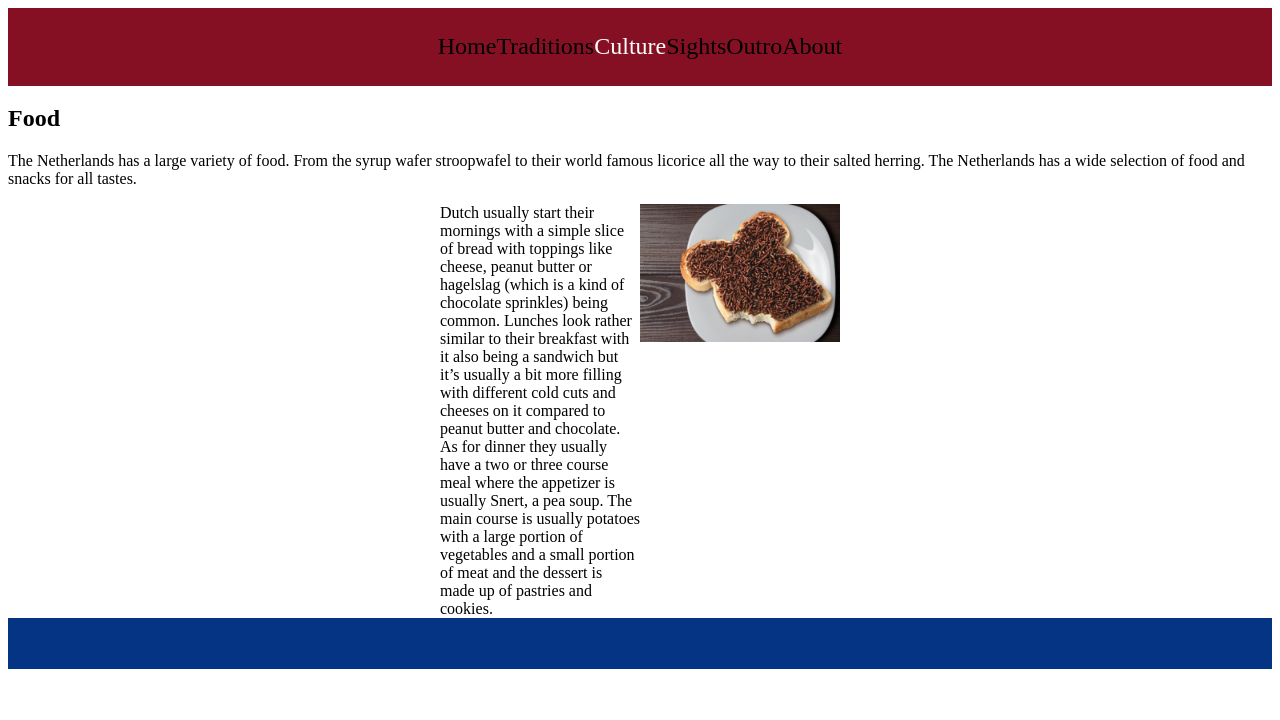
Repository: Cornman63/The-netherlands
Page: culture2.html
An editor plug-in stored every save of this project. The page is shown before and after the next save, followed by the edit.
The browser window is 1280 px wide. The pictures show the whole page.

Above is the page before, as saved 2023-05-26 11:20:27.

### culture2.html
<!DOCTYPE html>
<html lang="en">
<head>
    <meta charset="UTF-8">
    <meta http-equiv="X-UA-Compatible" content="IE=edge">
    <meta name="viewport" content="width=device-width, initial-scale=1.0">
    <title>Culture</title>
    <link rel="stylesheet" href="./style2.css">
</head>
<body>
    <div class="top">
        <div class="site"><a href="index.html" class="link">Home</a></div>
        <div class="site"><a href="traditions.html" class="link">Traditions</a></div>
        <div class="site"><a href="culture2.html" style="color: white" class="link">Culture</a></div>
        <div class="site"><a href="sights.html" class="link">Sights</a></div>
        <div class="site"><a href="outro.html" class="link">Outro</a></div>
        <div class="site"><a href="about.html" class="link">About</a></div>
    </div>
    <div class="foodstart">
        <h2>
            Food
        </h2>
        <p>
            The Netherlands has a large variety of food. From the syrup wafer stroopwafel to their world famous licorice all the way to their salted herring. The Netherlands has a wide selection of food and snacks for all tastes.
        </p>
    </div>
    <div class="foodmain">
        <div class="food1">
            Dutch usually start their mornings with a simple slice of bread with toppings like cheese, peanut butter or hagelslag (which is a kind of chocolate sprinkles) being common. Lunches look rather similar to their breakfast with it also being a sandwich but it’s usually a bit more filling with different cold cuts and cheeses on it compared to peanut butter and chocolate. As for dinner they usually have a two or three course meal where the appetizer is usually Snert, a pea soup. The main course is usually potatoes with a large portion of vegetables and a small portion of meat and the dessert is made up of pastries and cookies. <img src="images\hagelslag.jpg" alt="hagelslag" id="hagel">
        </div>
        <div class="sport1">

        </div>
        <div class="soceq1">

        </div>
    </div>
    <div class="bottom">

    </div>
</body>
</html>

### style2.css
.top, .bottom {
    display: flex;
    flex-direction: row;
    justify-content: center;
    align-content:center;
    background-color:#861023;
    margin: auto;
    padding: 2%;
    font-size: 150%;
}
.bottom{
    background-color: #053484;
}

.link{
    text-decoration: none;
}
.link:link {
    color:black;
}
.link:visited {
    color:black;
}
.link:hover {
    color:white;
}
.foodmain {
    display: flex;
    flex-direction: row;
}
.food1 {
    max-width: 400px;
    margin: auto;
    display: flex;
    flex-direction: row;
}
#wafel, #hagel, #herring, #lico {
    width: 50%;
    height: 50%;
    display: flex;
    flex-direction: row;
}

After the next save:
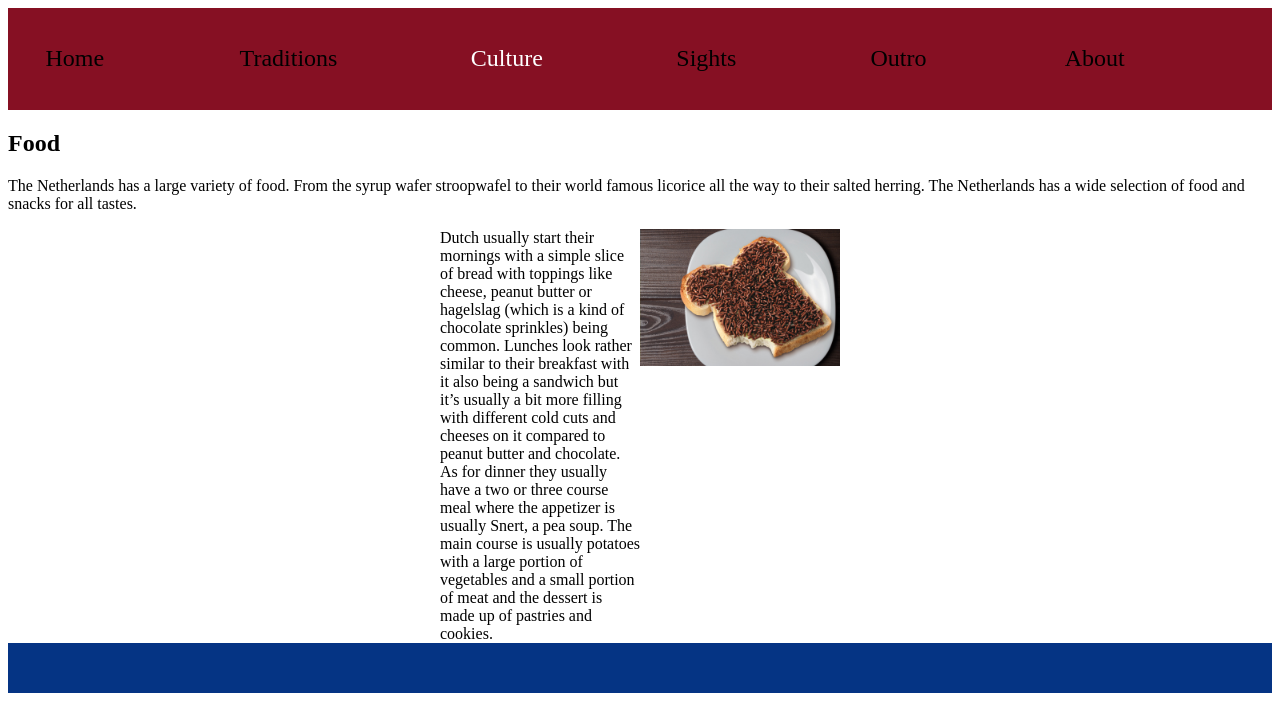
Saved 108 s later.
--- a/style2.css
+++ b/style2.css
@@ -10,6 +10,14 @@
 }
 .bottom{
     background-color: #053484;
+}
+.site {
+    display: flex;
+    border: 1%;
+    margin: 1%;
+    margin-right: 10%;
+    align-content: center;
+    width: 90%;
 }
 
 .link{

After the save that followed:
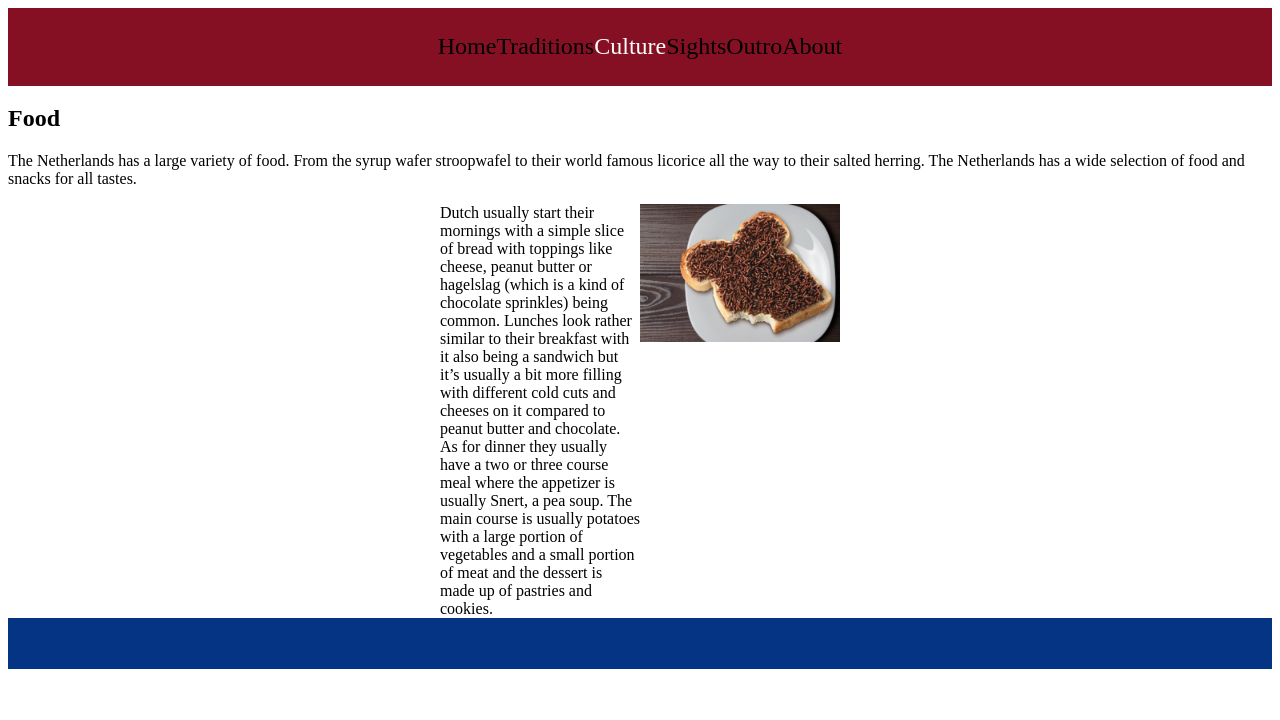
Saved 12 s later.
--- a/style2.css
+++ b/style2.css
@@ -11,7 +11,7 @@
 .bottom{
     background-color: #053484;
 }
-.site {
+.topbar {
     display: flex;
     border: 1%;
     margin: 1%;
